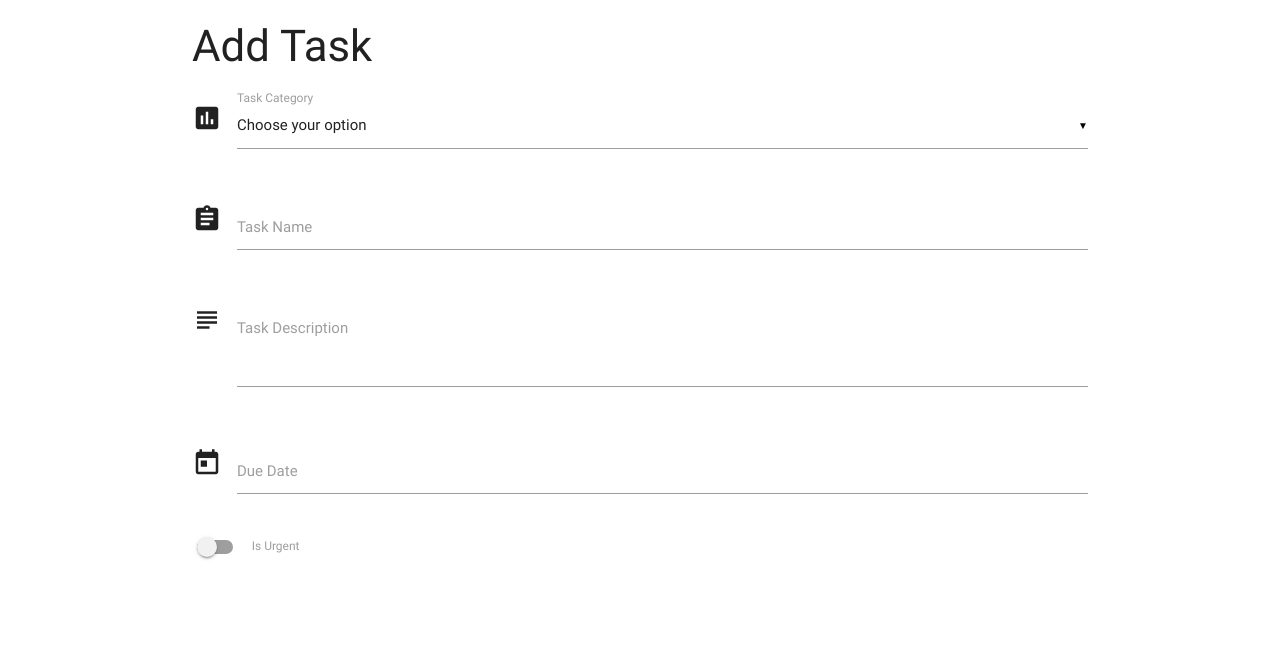
Repository: CharlieJT/task_manager
Page: http://localhost/add_task
The author's editor kept a record of every edit. The page is drawn from the files as they stood at one moment, then again after the next edit.
The browser window is 1280 px wide. The pictures show the whole page.
Some web libraries are served in a nearby version. The page is served by the project's application, run on Flask 3 (app.py). Queries for data that is not in the repository find no rows.

Above is the page before.

After the next edit:
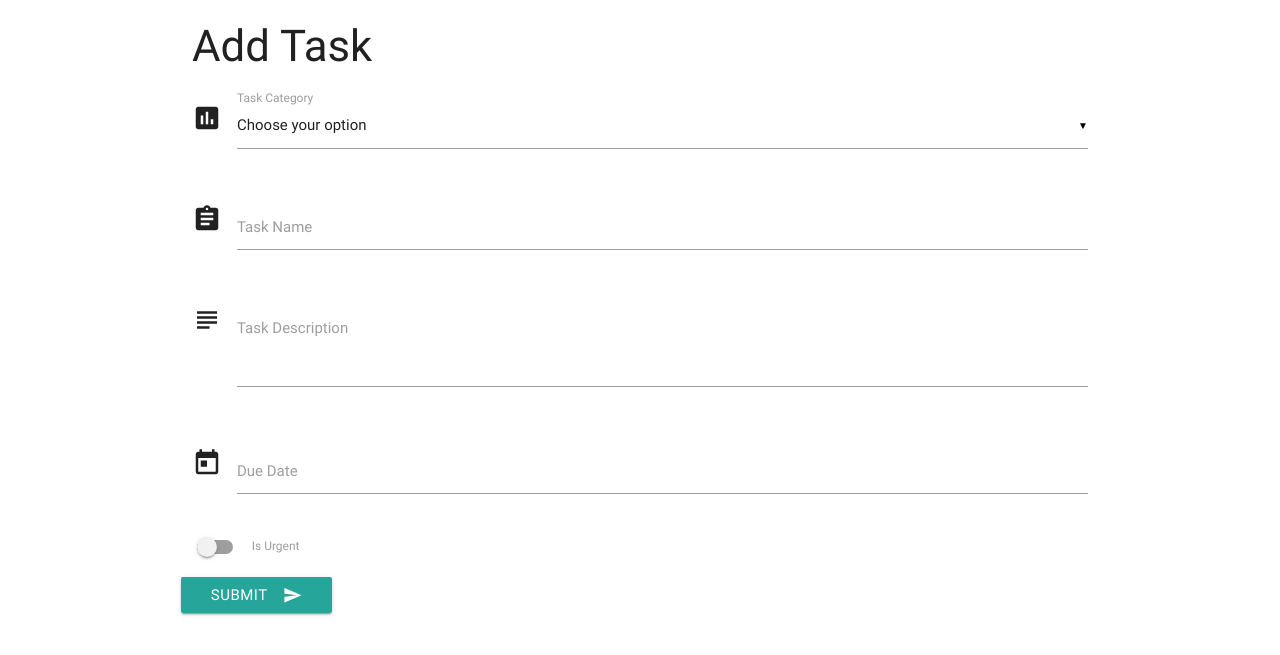
The edit:
--- a/templates/addtask.html
+++ b/templates/addtask.html
@@ -46,6 +46,11 @@
                 </label>
             </div>
         </div>
+        <div class="row">
+            <button class="btn waves-effect waves-light" type="submit" name="action">Submit
+                <i class="material-icons right">send</i>
+             </button>
+        </div>
     </form>
 </div>
 
